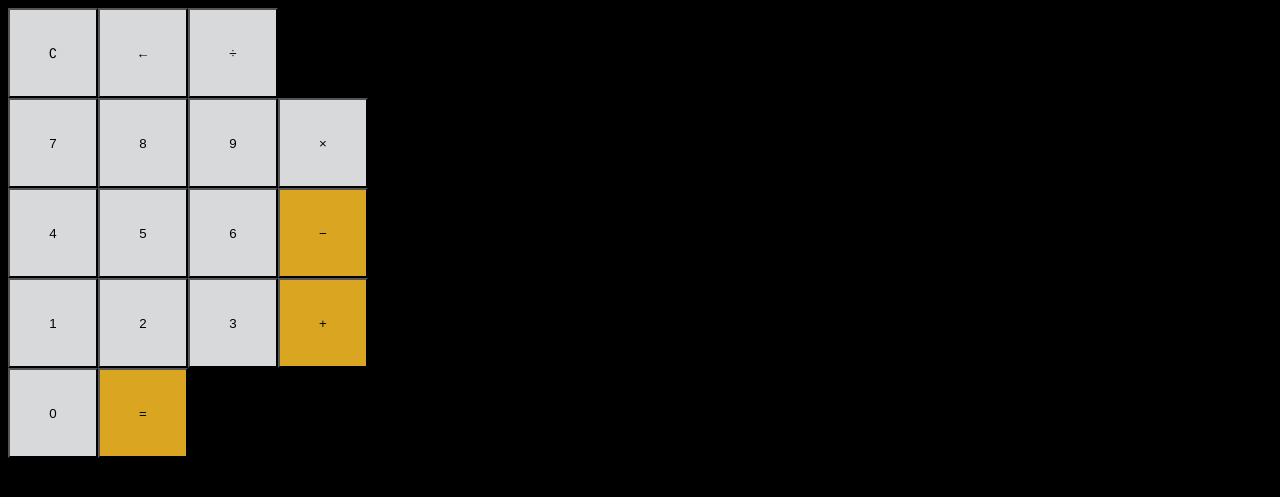
Repository: jontslater/LAB-calculator2
Page: index.html
These files come from the project's save history. The page is drawn as it stood at one moment and after the next save; the edit follows.
The browser window is 1280 px wide. The pictures show the whole page.

Above is the page before, as saved 2023-10-12 15:53:52.

### index.html
<!DOCTYPE html>
<html lang="en">
<head>
  <meta charset="UTF-8">
  <meta name="viewport" content="width=device-width, initial-scale=1.0">
  <title>calculator</title>
  <link rel="stylesheet" href="main.css">
  <script src="main.js"></script>
</head>

<body>
  <div class="container">

  <table>
    <button class="symbols gray zero">&#8705;</button>
    <button class="symbols gray">&#8592;</button>
    <button class="symbols gray">&#247;</button>
  </table>

  <table>
    <button class="bottonss gray">7</button>
    <button class="bottonss gray">8</button>
    <button class="bottonss gray">9</button>
    <button class="symbols gray">&#215;</button>
  </table>

  <table>
    <button class="bottonss gray">4</button>
    <button class="bottonss gray">5</button>
    <button class="bottonss gray">6</button>
    <button class="orange">&#8722;</button>
  </table>

  <table>
    <button class="bottonss gray">1</button>
    <button class="bottonss gray">2</button>
    <button class="bottonss gray">3</button>
    <button class="orange">&#43;</button>
  </table>


  <table>
    <button class="bottonss gray zero">0</button>
    <button class="orange">&#61;</button>
  </table>

  </div>

</body>
</html>

### main.css
body{
  background-color: #000000;
}

.zero{
  width:270px;
}

.container{
  width: 400px;
}

.buttonss{
  background-color: #d8d9db;
  height: 90px;
  width: 90px;
}

.orange{
  background-color:goldenrod;
  height: 90px;
  width: 90px;
}

.gray{
  background-color: #d8d9db;
  height: 90px;
  width: 90px;

}

Loaded but not shown: main.js (no stored copy; drawn as an empty file)

After the next save:
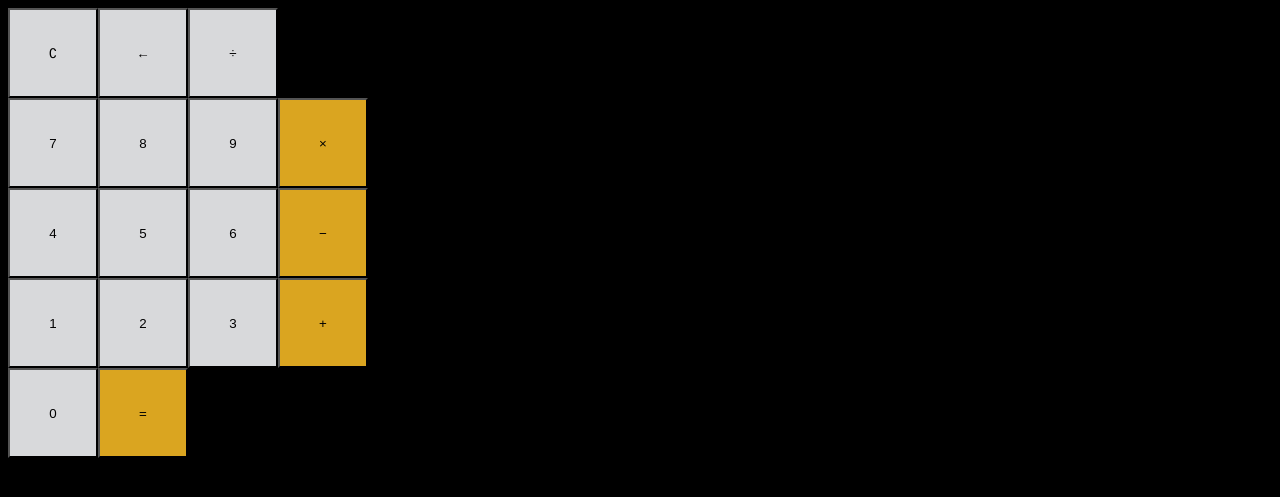
Saved 44 s later.
--- a/index.html
+++ b/index.html
@@ -21,7 +21,7 @@
     <button class="bottonss gray">7</button>
     <button class="bottonss gray">8</button>
     <button class="bottonss gray">9</button>
-    <button class="symbols gray">&#215;</button>
+    <button class="orange">&#215;</button>
   </table>
 
   <table>
